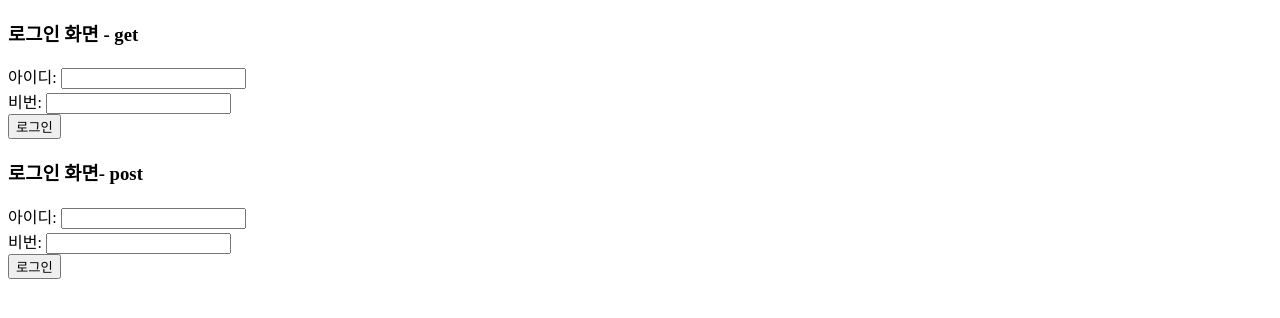
Repository: beom2pm/ds_edu_springFramework
Page: http://localhost/02Day_web3_RequestMethod/login
These files come from the project's save history. The page is drawn as it stood at one moment and after the next save; the edit follows.
The browser window is 1280 px wide. The pictures show the whole page.
The page is served by Tomcat 9.

Above is the page before, as saved 2021-02-03 05:51:17.

After the next save:
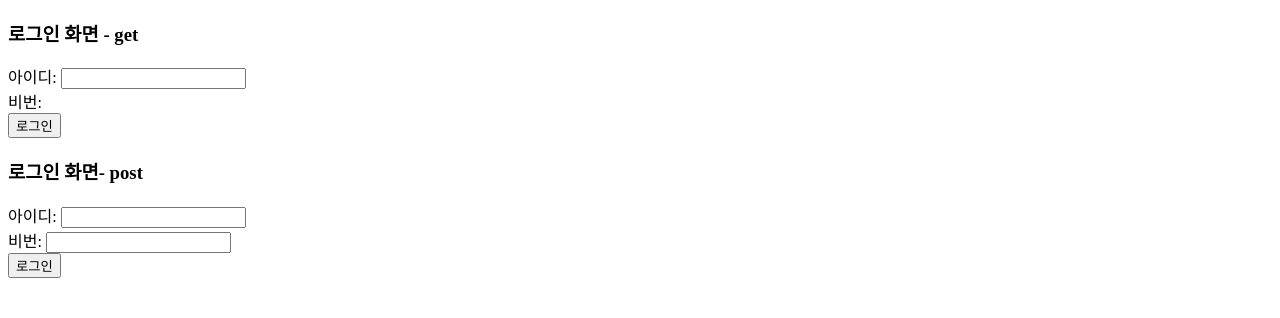
Saved 36 s later.
--- a/02Day_web3_RequestMethod/src/main/webapp/WEB-INF/views/loginForm.jsp
+++ b/02Day_web3_RequestMethod/src/main/webapp/WEB-INF/views/loginForm.jsp
@@ -9,15 +9,15 @@
 <body>
 	<h3>로그인 화면 - get</h3>
 	<form action="login" method="get">
-		아이디: <input type="text" name="userid"><br> 비번: <input
-			type="text" name="passwd"><br> <input type="submit"
-			value="로그인">
+		아이디: <input type="text" name="userid"><br>
+		비번: <inputtype="text" name="passwd"><br>
+		<input type="submit" value="로그인">
 	</form>
 	<h3>로그인 화면- post</h3>
 	<form action="login2" method="post">
-		아이디: <input type="text" name="userid"><br> 비번: <input
-			type="text" name="passwd"><br> <input type="submit"
-			value="로그인">
+		아이디: <input type="text" name="userid"><br>
+		비번: <input type="text" name="passwd"><br>
+		<input type="submit" value="로그인">
 	</form>
 </body>
 </html>

After the save that followed:
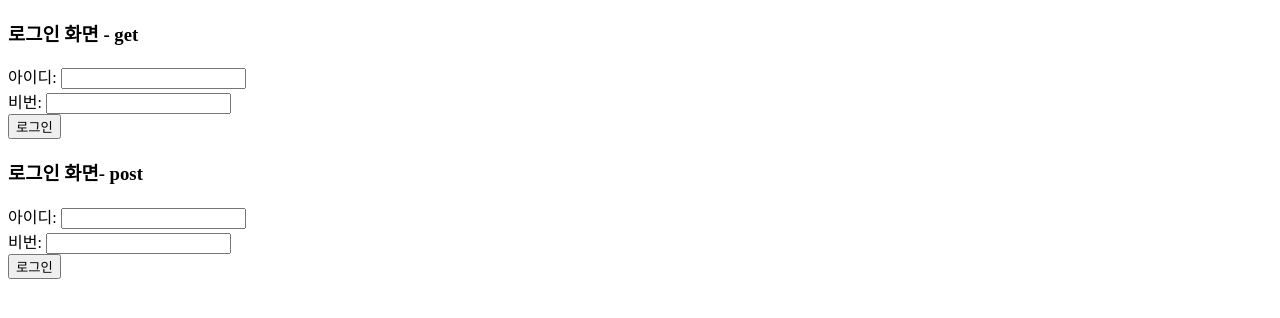
Saved 6 min 0 s later.
--- a/02Day_web3_RequestMethod/src/main/webapp/WEB-INF/views/loginForm.jsp
+++ b/02Day_web3_RequestMethod/src/main/webapp/WEB-INF/views/loginForm.jsp
@@ -10,7 +10,7 @@
 	<h3>로그인 화면 - get</h3>
 	<form action="login" method="get">
 		아이디: <input type="text" name="userid"><br>
-		비번: <inputtype="text" name="passwd"><br>
+		비번: <input type="text" name="passwd"><br>
 		<input type="submit" value="로그인">
 	</form>
 	<h3>로그인 화면- post</h3>
